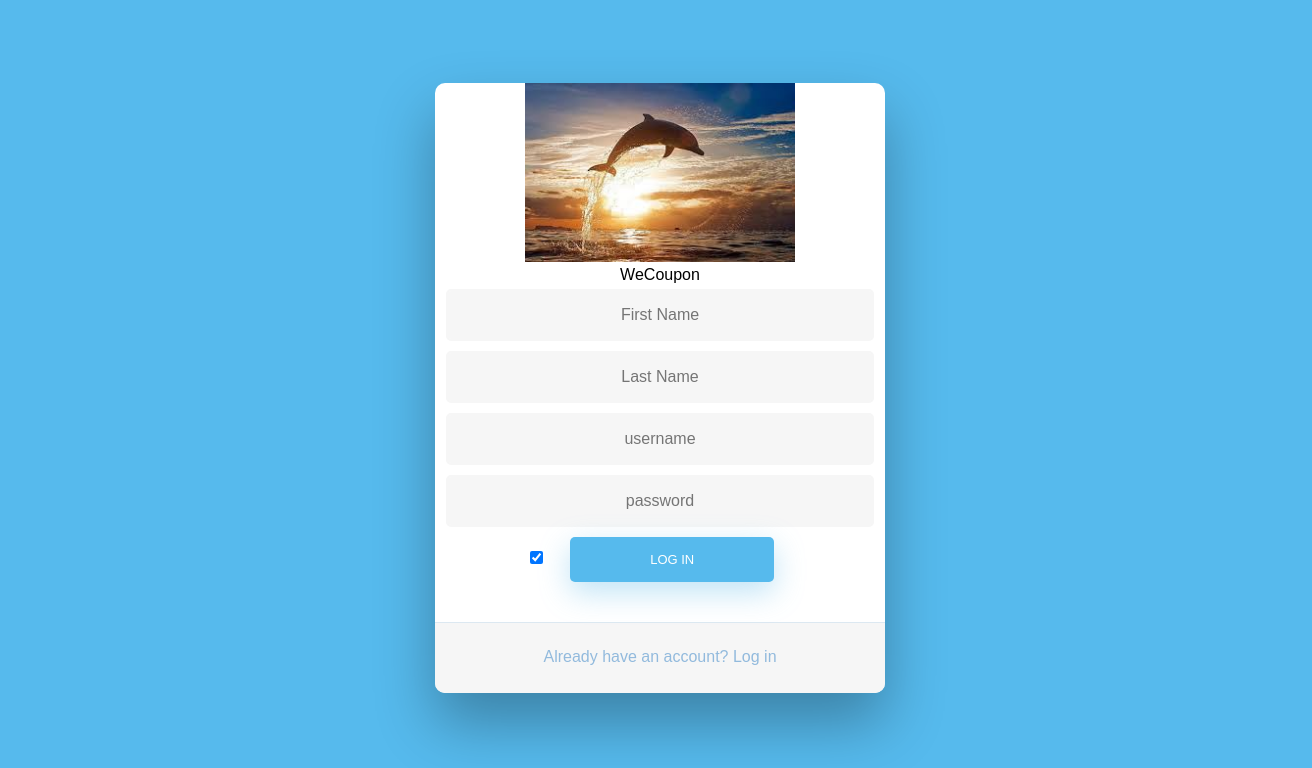
Repository: XUXiangCUHK/WeCoupon
Page: templates/signup.html
These files come from the project's save history. The page is drawn as it stood at one moment and after the next save; the edit follows.
The browser window is 1280 px wide. The page is 1312 px wide, so the pictures cover 1312 px, including what lies to the right of the window. The pictures show the whole page.

Above is the page before, as saved 2021-02-27 14:40:27.

After the next save:
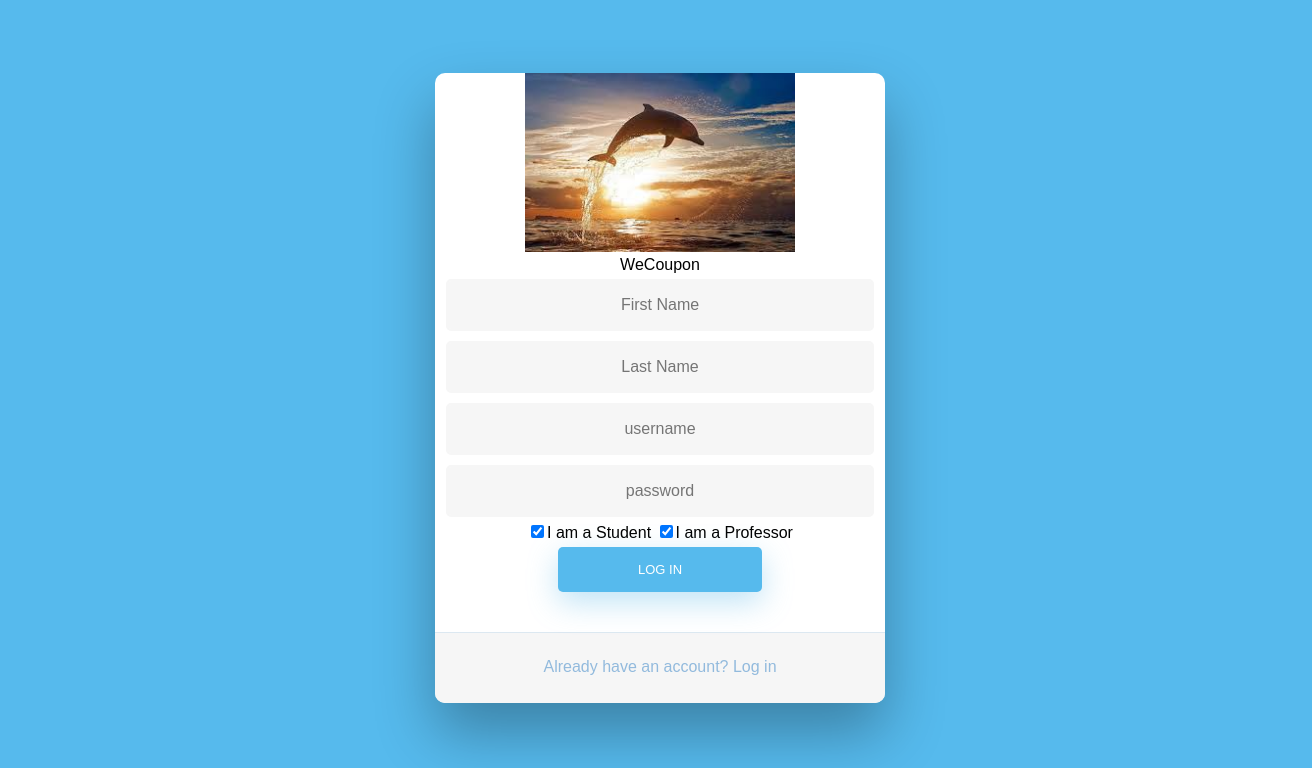
Saved 24 s later.
--- a/templates/signup.html
+++ b/templates/signup.html
@@ -28,7 +28,8 @@
             <input type="text" id="last_name" class="fadeIn second" name="signup" placeholder="Last Name">
             <input type="text" id="username" class="fadeIn second" name="signup" placeholder="username">
             <input type="text" id="password" class="fadeIn third" name="signup" placeholder="password">
-            <input type="checkbox" name="signup" value="any_value" checked>
+            <input type="checkbox" name="signup" value="any_value" checked>I am a Student
+            <input type="checkbox" name="signup" value="any_value" checked>I am a Professor
             <input type="submit" class="fadeIn fourth" value="Log In" onclick="return processform();">
           </form>
 
